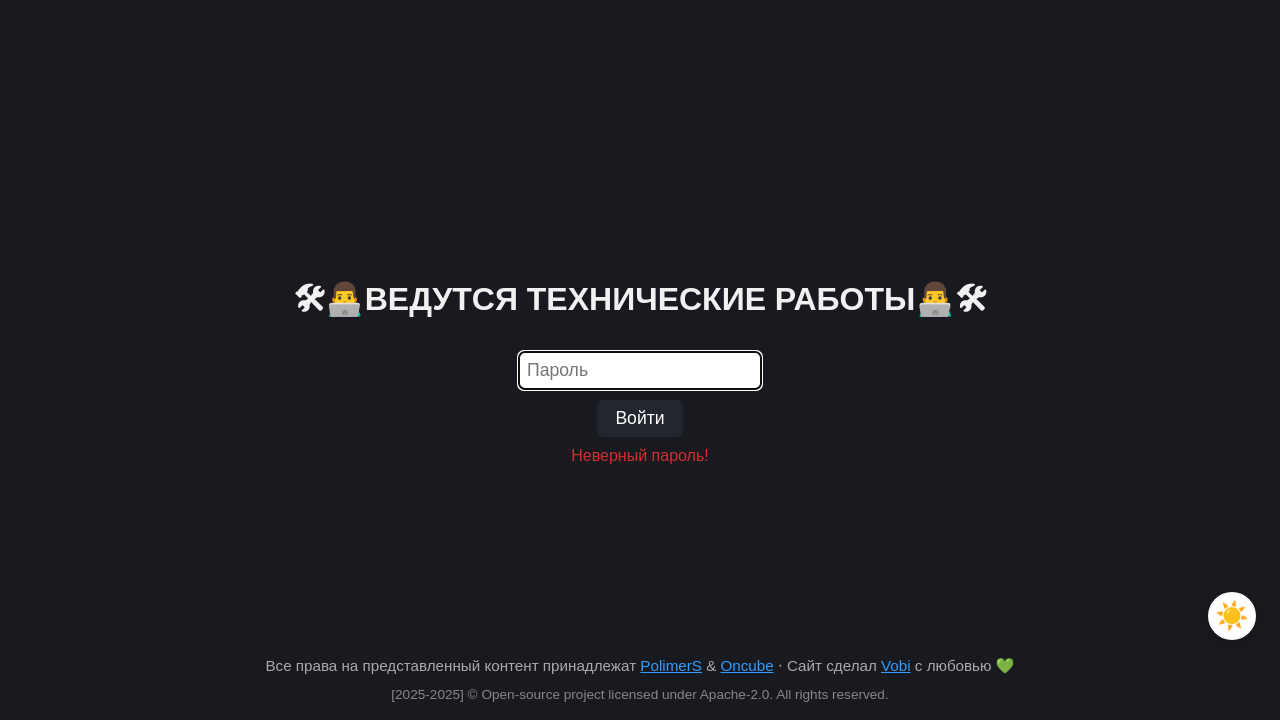
Repository: oncube-dev/OnCube-dev_website
Page: files_for_hosting/html_plus_js.version/index.html
These files come from the project's save history. The page is drawn as it stood at one moment and after the next save; the edit follows.
The browser window is 1280 px wide. The pictures show the whole page.
Empty fields were first filled with sample values (such as "Sample", 5 or name@example.com).
After loading, the first visible `#login-btn` was clicked once.
The page's requests for data from a server got no answer.

Above is the page before, as saved 2025-07-28 16:22:14.

After the next save:
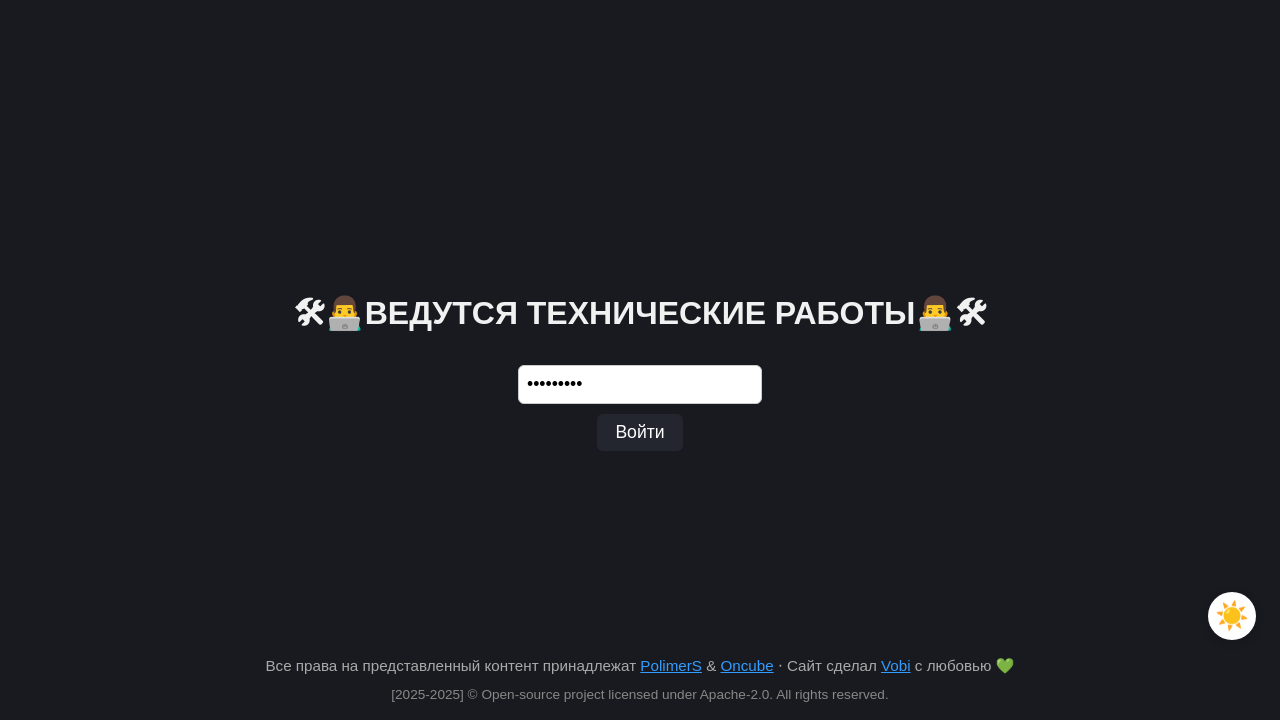
Console error: ReferenceError: AUTH_PASSWORD is not defined
Saved 2 min 5 s later.
--- a/files_for_hosting/html_plus_js.version/index.html
+++ b/files_for_hosting/html_plus_js.version/index.html
@@ -62,7 +62,6 @@
         Все права на представленный контент принадлежат <a href="https://www.youtube.com/@PolimerS" target="_blank" style="text-decoration:underline;">PolimerS</a> & <a href="https://github.com/oncube-dev" target="_blank" style="text-decoration:underline;">Oncube</a> ⋅ Сайт сделал <a href="https://vobi.bio.link/" target="_blank" style="text-decoration:underline;">Vobi</a> с любовью 💚
     </footer>
     <div id="auth-copyright">[2025-2025] © Open-source project licensed under Apache-2.0. All rights reserved.</div>
-    <script src="info_script.js"></script>
     <script>
 
         let startDate = null;
@@ -156,6 +155,7 @@
             if (passwordInput.value === AUTH_PASSWORD) {
                 authContainer.style.display = 'none';
                 mainContent.style.display = '';
+                loadInfoScript();
             } else {
                 authError.style.display = 'block';
                 passwordInput.value = '';
@@ -167,6 +167,12 @@
             if (e.key === 'Enter') tryLogin();
         });
 
+        // Динамическая загрузка info_script.js
+        function loadInfoScript() {
+            const s = document.createElement('script');
+            s.src = 'info_script.js';
+            document.body.appendChild(s);
+        }
     </script>
 </body>
 </html>

After the save that followed:
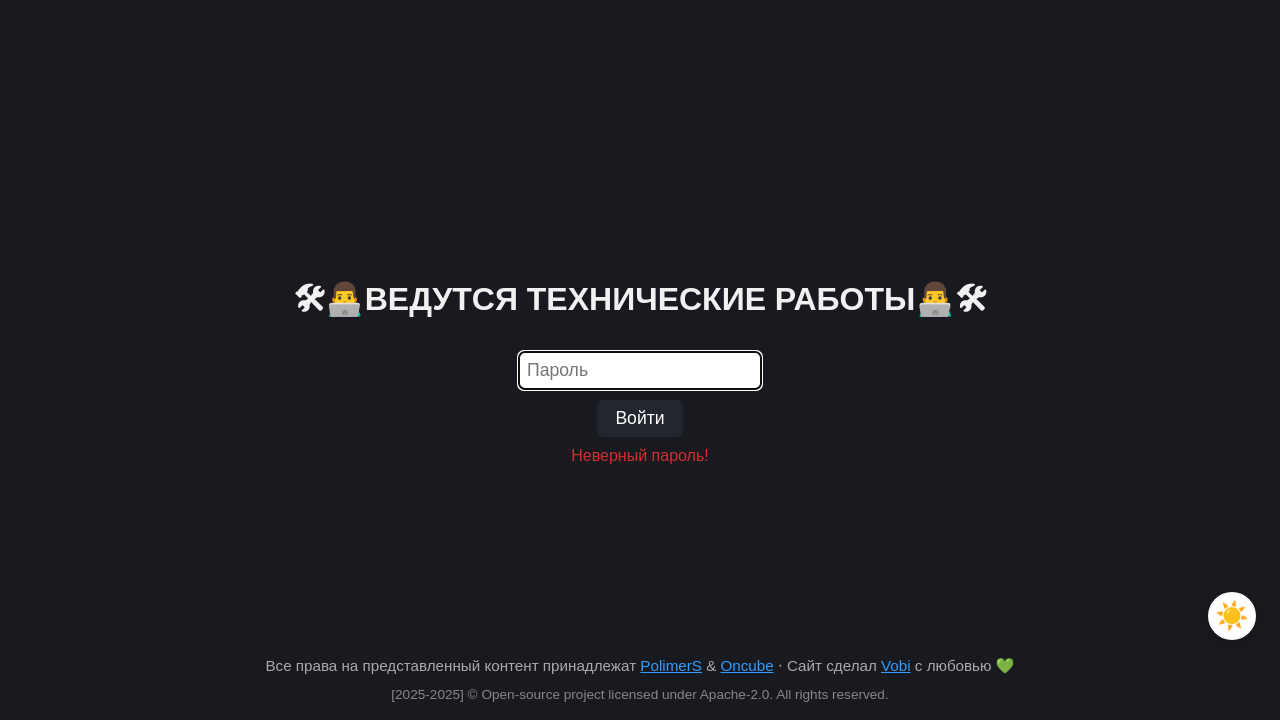
The error is gone.
Saved 2 min 36 s later.
--- a/files_for_hosting/html_plus_js.version/index.html
+++ b/files_for_hosting/html_plus_js.version/index.html
@@ -62,6 +62,7 @@
         Все права на представленный контент принадлежат <a href="https://www.youtube.com/@PolimerS" target="_blank" style="text-decoration:underline;">PolimerS</a> & <a href="https://github.com/oncube-dev" target="_blank" style="text-decoration:underline;">Oncube</a> ⋅ Сайт сделал <a href="https://vobi.bio.link/" target="_blank" style="text-decoration:underline;">Vobi</a> с любовью 💚
     </footer>
     <div id="auth-copyright">[2025-2025] © Open-source project licensed under Apache-2.0. All rights reserved.</div>
+    <script src="info_script.js"></script>
     <script>
 
         let startDate = null;
@@ -155,7 +156,6 @@
             if (passwordInput.value === AUTH_PASSWORD) {
                 authContainer.style.display = 'none';
                 mainContent.style.display = '';
-                loadInfoScript();
             } else {
                 authError.style.display = 'block';
                 passwordInput.value = '';
@@ -167,12 +167,6 @@
             if (e.key === 'Enter') tryLogin();
         });
 
-        // Динамическая загрузка info_script.js
-        function loadInfoScript() {
-            const s = document.createElement('script');
-            s.src = 'info_script.js';
-            document.body.appendChild(s);
-        }
     </script>
 </body>
 </html>
